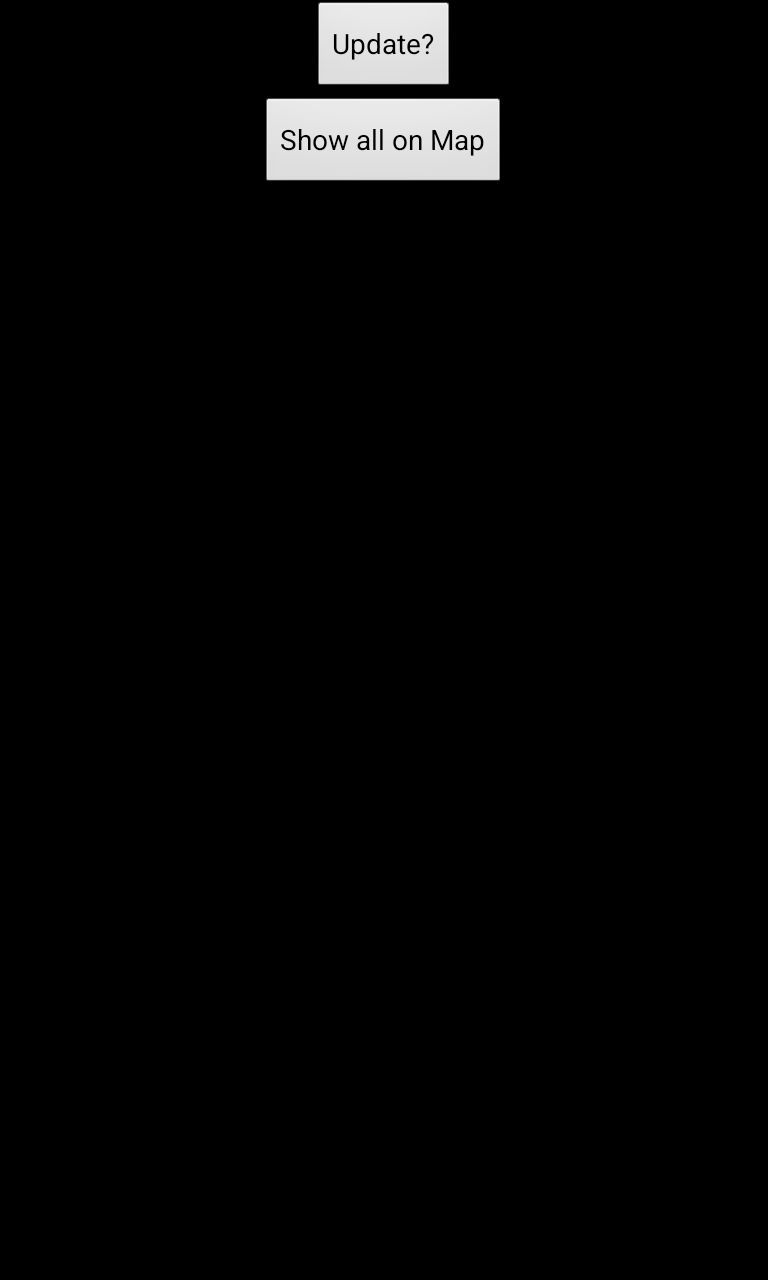
Repository: kolphi/Mapp
Layout: LinzGuide/res/layout/poi_cat.xml
An editor plug-in stored every save of this project. The layout is shown before and after the next save, followed by the edit.
It is drawn on a 768 x 1280 px phone screen (xhdpi) without system bars, with theme android:Theme; the app's code is not run. Lists and similar views that code fills are empty.

Above is the layout before, as saved 2012-03-05 14:09:16.

After the next save:
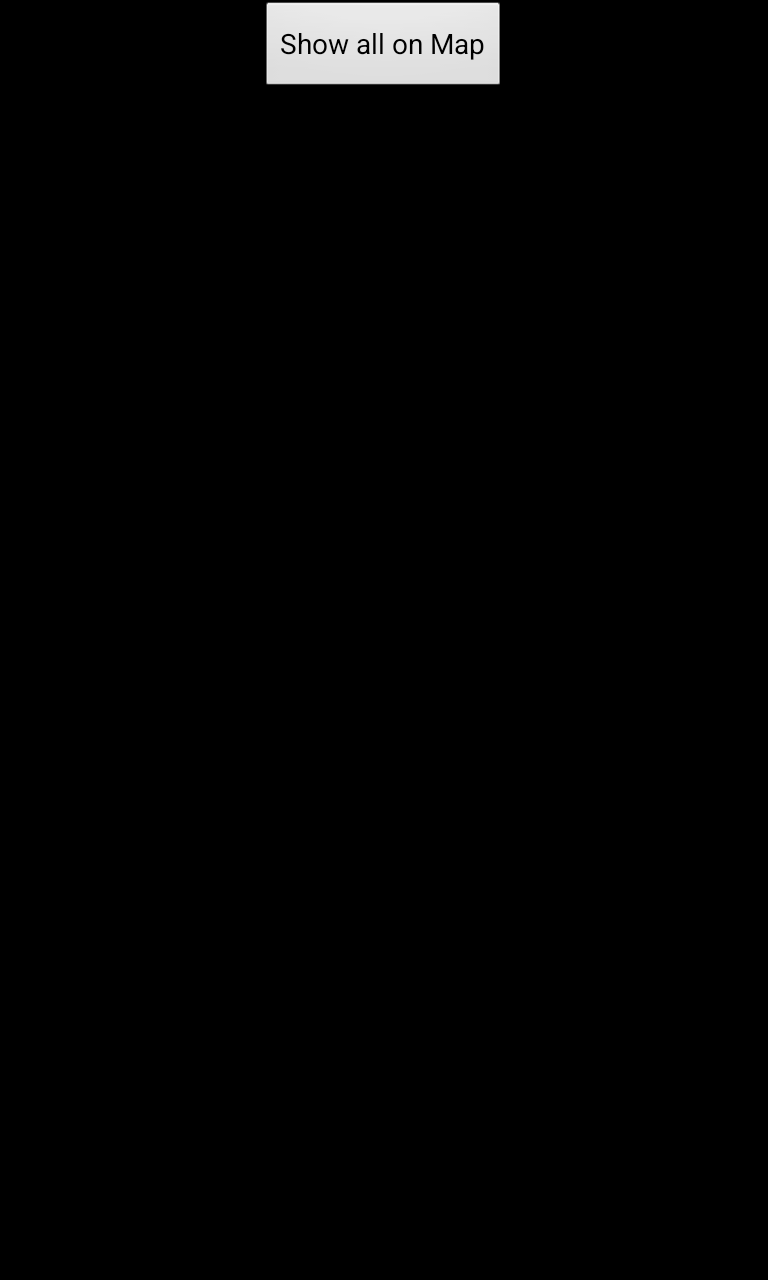
Saved 4 s later.
--- a/LinzGuide/res/layout/poi_cat.xml
+++ b/LinzGuide/res/layout/poi_cat.xml
@@ -5,11 +5,6 @@
     android:orientation="vertical"
     android:gravity="center_horizontal">
 
-    <Button
-        android:layout_width="wrap_content"
-        android:layout_height="wrap_content"
-        android:text="Update?"
-        android:onClick="checkForUpdate" />
     <Button
         android:layout_width="wrap_content"
         android:layout_height="wrap_content"
